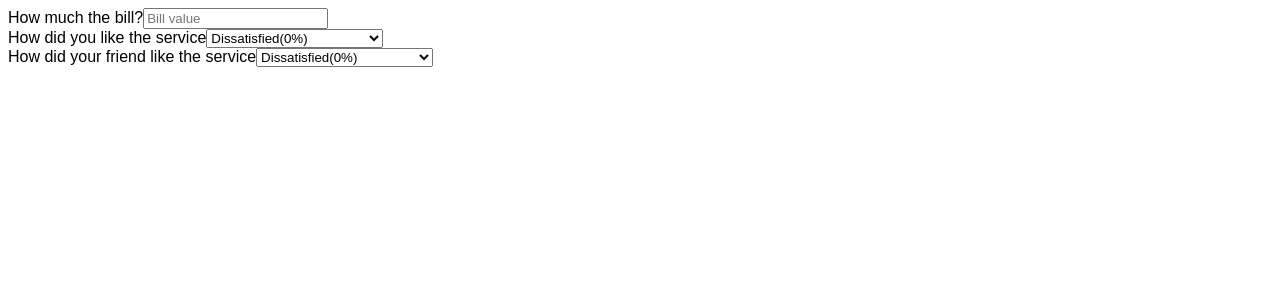
Repository: masamichan/Tip-Calculator
Page: /
The author's editor kept a copy of each file at every save. The page is drawn from the files as they stood at one save, then again after the next save.
The browser window is 1280 px wide. The pictures show the whole page.
The project was rebuilt for these pictures with package versions that can differ from the ones it lists, and the page was loaded fresh each time.

Above is the page before, as saved 2024-01-25 10:12:51.

### src/App.js
import "./App.css";

export default function App() {
  return (
    <div>
      <TipCalculator />
    </div>
  );
}

function TipCalculator() {
  return (
    <div>
      <BillInput />
      <SelectPercentage>How did you like the service</SelectPercentage>
      <SelectPercentage>How did your friend like the service</SelectPercentage>
      <Output />
      <Reset />
    </div>
  );
}

function BillInput() {
  return (
    <div>
      <label>How much the bill?</label>
      <input type="text" placeholder="Bill value" />
    </div>
  );
}

function SelectPercentage({ children }) {
  return (
    <div>
      <lable>{children}</lable>
      <select>
        <option value="0">Dissatisfied(0%)</option>
        <option value="5">It was okay(5%)</option>
        <option value="10">It was good</option>(10%)
        <option value="20">Absolutely amazing!(20%)</option>
      </select>
    </div>
  );
}

function Output() {}

function Reset() {}

Loaded but not shown: public/index.html (common file); src/index.js (common file); src/App.css (common file)

After the next save:
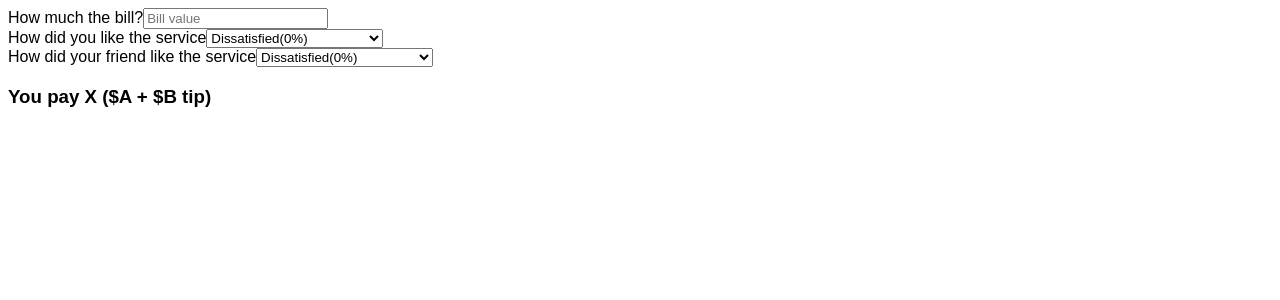
Saved 2 min 28 s later.
--- a/src/App.js
+++ b/src/App.js
@@ -43,6 +43,10 @@ function SelectPercentage({ children }) {
   );
 }
 
-function Output() {}
+function Output() {
+  return <h3>You pay X ($A + $B tip)</h3>;
+}
 
-function Reset() {}
+function Reset() {
+  <button>Reset</button>;
+}
